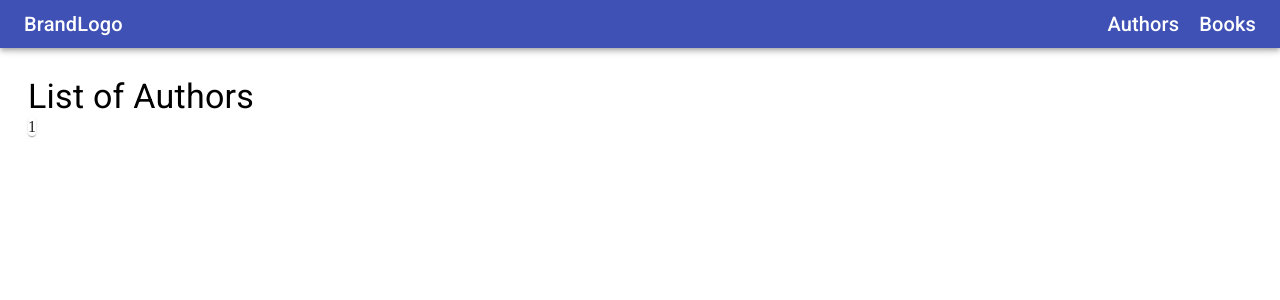
Repository: Sociophuck/00007494
Page: /authors (app in front/)
The author's editor kept a copy of each file at every save. The page is drawn from the files as they stood at one save, then again after the next save.
The browser window is 1280 px wide. The pictures show the whole page.
The page's requests for data from a server got no answer. The project was rebuilt for these pictures with package versions that can differ from the ones it lists, and the page was loaded fresh each time. No one was signed in, and anything a server would have sent is missing. Also part of the build but not shown: front/src/Book.js, front/src/Home.js.

Above is the page before, as saved 2021-04-04 12:05:54.

### front/src/index.css
body {
  margin: 0;
}

.header-links {
  display: flex;
}
.header-links > a {
  margin-left: 20px;
  text-decoration: none;
  color: white;
}
.header-links > a:hover {
  color: lightblue;
}

.link {
  text-decoration: none;
  color: white;
}

### front/src/App.js
import Author from "./Author";
import "./App.css";
import { BrowserRouter as Router, Route, Switch } from "react-router-dom";
import Book from "./Book";
import Home from "./Home";
import NavBar from "./NavBar";

function App() {
  return (
    <Router>
      <div className="App">
        <NavBar />
        <div className="mainBody">
          <Switch>
            <Route exact path="/">
              <Home />
            </Route>
            <Route path="/authors">
              <Author />
            </Route>
            <Route path="/books">
              <Book />
            </Route>
          </Switch>
        </div>
      </div>
    </Router>
  );
}

export default App;

### front/src/Author.js
import axios from "axios";
import { useEffect, useState } from "react";
import Grid from "@material-ui/core/Grid";
import Paper from "@material-ui/core/Paper";
import { makeStyles } from "@material-ui/core/styles";
import Typography from "@material-ui/core/Typography";

function Author() {
  const [data, setData] = useState([]);
  useEffect(() => {
    axios
      .get("http://localhost:3318/api/Authors")
      .then(function (response) {
        setData(response.data);
        console.log(response);
      })
      .catch(function (error) {
        console.log(error);
      });
  }, []);

  return (
    <div>
      <Typography variant="h4">List of Authors</Typography>
      <div>
        <Grid container>
          <Grid item>
            <Paper>1</Paper>
          </Grid>
        </Grid>
        {data &&
          data.map((item) => {
            return <p>{item.firstName}</p>;
          })}
      </div>
    </div>
  );
}

export default Author;

### front/src/App.css
.mainBody {
  padding: 28px;
}

### front/src/NavBar.js
import { Link } from "react-router-dom";
import React from "react";
import { makeStyles } from "@material-ui/core/styles";
import AppBar from "@material-ui/core/AppBar";
import Toolbar from "@material-ui/core/Toolbar";
import Typography from "@material-ui/core/Typography";

const useStyles = makeStyles((theme) => ({
  root: {
    flexGrow: 1,
    color: "",
  },
  logo: {
    flexGrow: 1,
  },
}));

function NavBar() {
  const classes = useStyles();

  return (
    <div className={classes.root}>
      <AppBar position="static">
        <Toolbar variant="dense">
          <Typography className={classes.logo} variant="h6">
            <Link to="/" className="link">
              BrandLogo
            </Link>
          </Typography>

          <div className="header-links">
            <Link to="/authors">
              <Typography variant="h6" color="inherit">
                Authors
              </Typography>
            </Link>
            <Link to="/books">
              <Typography variant="h6" color="inherit">
                Books
              </Typography>
            </Link>
          </div>
        </Toolbar>
      </AppBar>
    </div>
  );
}

export default NavBar;

Loaded but not shown: front/public/index.html (common file); front/src/index.js (common file)

After the next save:
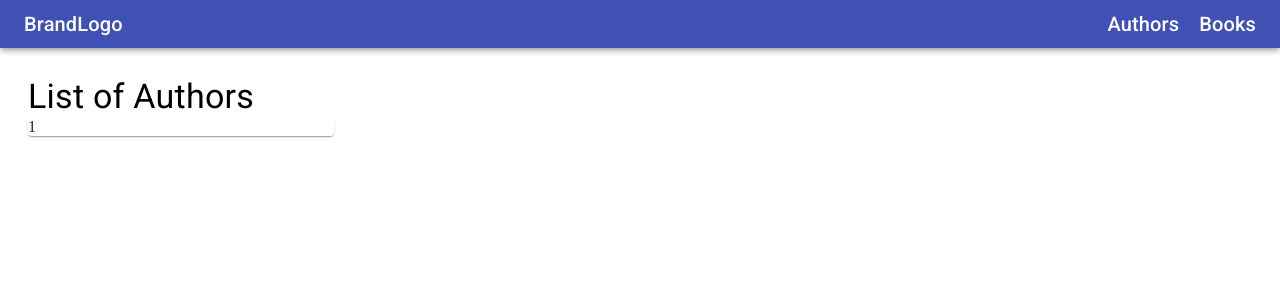
Saved 21 s later.
--- a/front/src/Author.js
+++ b/front/src/Author.js
@@ -24,7 +24,7 @@ function Author() {
       <Typography variant="h4">List of Authors</Typography>
       <div>
         <Grid container>
-          <Grid item>
+          <Grid item md={3}>
             <Paper>1</Paper>
           </Grid>
         </Grid>
